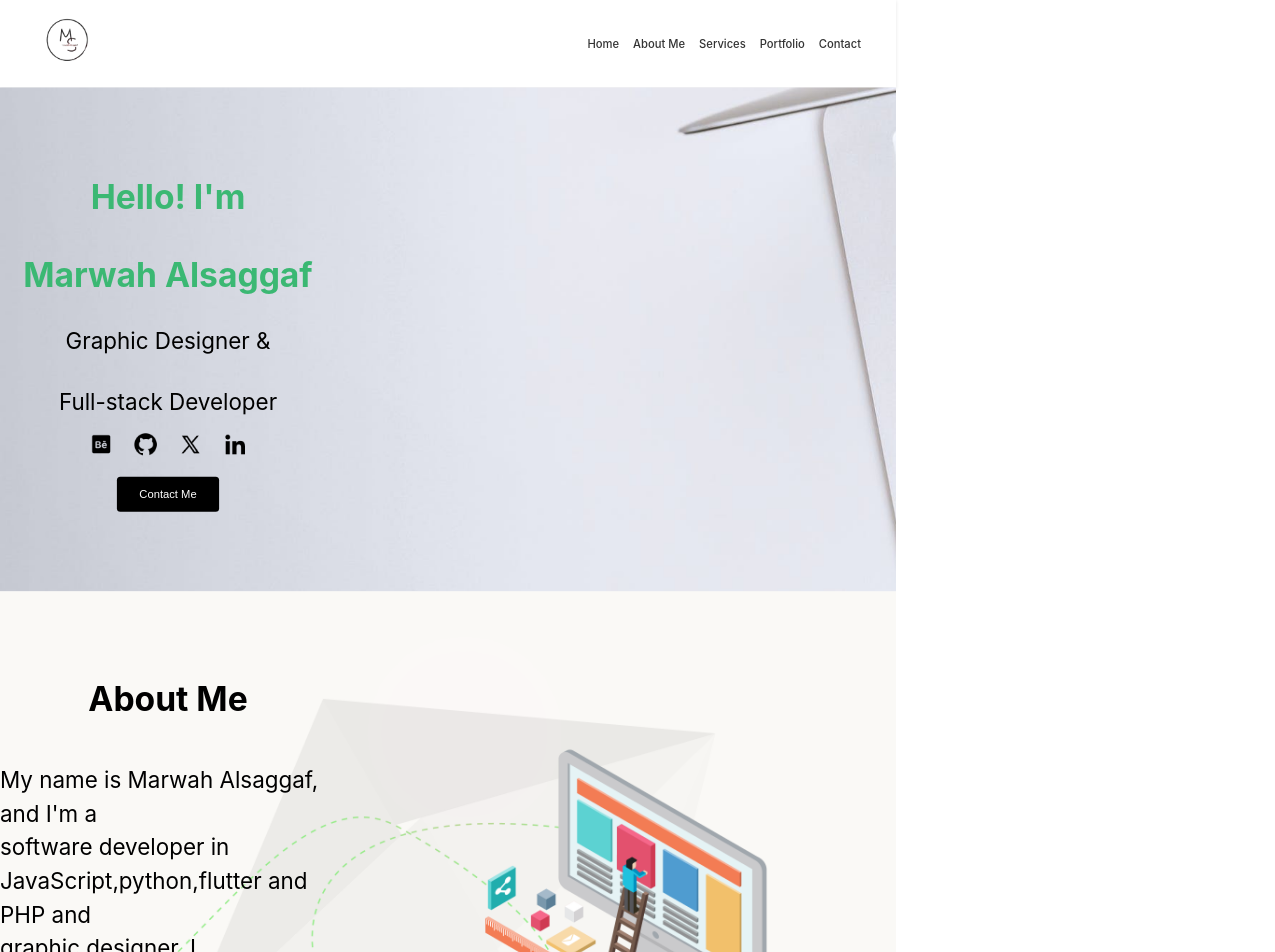
Repository: MEROO1010/Portfolio_00
Page: /services (app in portfolio_00/)
An editor plug-in stored every save of this project. The page is shown before and after the next save, followed by the edit.
The browser window is 1280 px wide. The page is 1822 px wide, so the pictures cover 1822 px, including what lies to the right of the window. The pictures show the part of the page from y = 0 to 1360 px (the page is 4425 px tall), at 70% of full size.
The project was rebuilt for these pictures with package versions that can differ from the ones it lists, and the page was loaded fresh each time.

Above is the page before, as saved 2024-11-25 11:09:29.

### portfolio_00/src/App.jsx
import React from 'react';
import Header from './components/Header';
import About from './components/About';
import Services from './components/Services';
import Portfolio from './components/Portfolio';
import Contact from './components/Contact';
import Footer from './components/Footer';
import Home from './components/Home';

function App() {
  return (
    <>
      <Header />
      <Home />
      <About />
      <Services />
      <Portfolio />
      <Contact />
      <Footer />
    </>
  );
}

export default App;

### portfolio_00/src/features/counter/counterSlice.js
import { createAsyncThunk, createSlice } from '@reduxjs/toolkit';
import { fetchCount } from './counterAPI';

const initialState = {
  value: 0,
  status: 'idle',
};

// The function below is called a thunk and allows us to perform async logic. It
// can be dispatched like a regular action: `dispatch(incrementAsync(10))`. This
// will call the thunk with the `dispatch` function as the first argument. Async
// code can then be executed and other actions can be dispatched. Thunks are
// typically used to make async requests.
export const incrementAsync = createAsyncThunk(
  'counter/fetchCount',
  async (amount) => {
    const response = await fetchCount(amount);
    // The value we return becomes the `fulfilled` action payload
    return response.data;
  }
);

export const counterSlice = createSlice({
  name: 'counter',
  initialState,
  // The `reducers` field lets us define reducers and generate associated actions
  reducers: {
    increment: (state) => {
      // Redux Toolkit allows us to write "mutating" logic in reducers. It
      // doesn't actually mutate the state because it uses the Immer library,
      // which detects changes to a "draft state" and produces a brand new
      // immutable state based off those changes
      state.value += 1;
    },
    decrement: (state) => {
      state.value -= 1;
    },
    // Use the PayloadAction type to declare the contents of `action.payload`
    incrementByAmount: (state, action) => {
      state.value += action.payload;
    },
  },
  // The `extraReducers` field lets the slice handle actions defined elsewhere,
  // including actions generated by createAsyncThunk or in other slices.
  extraReducers: (builder) => {
    builder
      .addCase(incrementAsync.pending, (state) => {
        state.status = 'loading';
      })
      .addCase(incrementAsync.fulfilled, (state, action) => {
        state.status = 'idle';
        state.value += action.payload;
      });
  },
});

export const { increment, decrement, incrementByAmount } = counterSlice.actions;

// The function below is called a selector and allows us to select a value from
// the state. Selectors can also be defined inline where they're used instead of
// in the slice file. For example: `useSelector((state: RootState) => state.counter.value)`
export const selectCount = (state) => state.counter.value;

// We can also write thunks by hand, which may contain both sync and async logic.
// Here's an example of conditionally dispatching actions based on current state.
export const incrementIfOdd = (amount) => (dispatch, getState) => {
  const currentValue = selectCount(getState());
  if (currentValue % 2 === 1) {
    dispatch(incrementByAmount(amount));
  }
};

export default counterSlice.reducer;

### portfolio_00/src/components/Header.jsx
import React from 'react';
import styled from 'styled-components';
import ImageLogo from '../assets/white_logo.png';

const HeaderContainer = styled.header`
  display: flex;
  justify-content: space-between;
  align-items: center;
  padding: 20px 50px;
  background: #fff;
  box-shadow: 0 2px 5px rgba(0, 0, 0, 0.1);
`;

const Logo = styled.div`
  font-size: 1.5rem;
  font-weight: bold;
  color: #00b894;
`;

const Nav = styled.nav`
  ul {
    list-style: none;
    display: flex;
    gap: 20px;
  }

  li {
    cursor: pointer;
    color: #333;
    font-weight: 500;
    &:hover {
      color: #00b894;
    }
  }
`;

export default function Header() {
  return (
    <HeaderContainer>
      <Logo><img src={ImageLogo} alt="Description of image" /></Logo>
      <Nav>
        <ul>
          <li>Home</li>
          <li>About Me</li>
          <li>Services</li>
          <li>Portfolio</li>
          <li>Contact</li>
        </ul>
      </Nav>
    </HeaderContainer>
  );
}

### portfolio_00/src/components/About.jsx
import React from 'react';
import styled from 'styled-components';
import bg2 from "../assets/About_me_bg.png"

const Container = styled.div`
  display: flex;
  flex-direction: column;
  align-items: center;
  justify-content: center;
  height: 120vh;
  background-color: #f5f5f5;
  background-image: url(${bg2});
  background-position: center;
  background-size:cover;
`;

const Title = styled.h1`
  font-size: 3rem;
  font-weight: bold;
  margin-bottom: 2rem;
  padding-right:800px;
`;

const Description = styled.p`
  font-size: 2rem;
  line-height: 1.5;
  margin-bottom: 3rem;
  padding-right:800px;
`;

const ImageContainer = styled.div`
  img{
    display: flex;
  justify-content: center;
  align-items: center;
  width: 50%;
  margin: 0 auto;

  z-index: 1;
  }
`;







const About = () => {
  return (
    <Container>
      <Title>About Me</Title>
      <Description>
           My name is Marwah Alsaggaf, and I'm a <br/>software developer in<br/> JavaScript,python,flutter and PHP
           and<br/> graphic designer. I  <br/>
            graduated from Arab Open<br/>  University with a major in<br/>
             Information Technology and<br/> Computing
               </Description>
      <ImageContainer>


      </ImageContainer>
    </Container>
  );
};

export default About;

### portfolio_00/src/components/Services.jsx
import React from "react";
import styled from "styled-components";
import UI_UX from "../assets/UI_UX.png";
import programming from "../assets/Programming.png";
import webdesign from "../assets/web_design.png";
import graphic_design from "../assets/graphic_design.png";
import bg3 from "../assets/services_bg.png";

const Container = styled.div`
  display: flex;
  justify-content: center;
  align-items: center;
  flex-direction: column;
  background-image: url(${bg3});
  background-position: center;
  background-size:cover;
  height: 110vh;
  margin-bottom:20px;

`;

const Title = styled.h1`
  font-size: 3rem;
  font-weight: bold;
  margin-bottom: 20px;
`;

const Subtitle = styled.p`
  font-size: 32px;
  margin-bottom: 40px;
  p{
    text-align: center;
  }
`;

const ServicesContainer = styled.div`
  display: flex;
  justify-content: space-between;
  width: 80%;
  max-width: 1000px;
  margin: 0 auto;
`;

const ServiceCard = styled.div`
  background-color: white;
  border-radius: 10px;
  padding: 80px;
  box-shadow: 0 2px 4px rgba(0, 0, 0, 0.1);
  text-align: center;
  width: 400px;
  height:230px;
  margin-right: 40px;
  right:200px;;
  position:relative;
  justify-content:space-around;
`;



const ServiceTitle = styled.h3`
  font-size: 1.5rem;
  font-weight: bold;
  margin-bottom: 10px;
`;

const Services = () => {
  return (
    <Container>
      <Title>Services</Title>
      <Subtitle>
        Our team members are experts in all facets of the design industry
        including: print<br/> <p>design, illustration, branding, identity and more.</p>
      </Subtitle>
      <ServicesContainer>
        <ServiceCard>
          <img src={UI_UX} alt="" />
          <ServiceTitle>UI/UX Design</ServiceTitle>
        </ServiceCard>
        <ServiceCard>
          <img src={programming} alt="" />
          <ServiceTitle>Programming</ServiceTitle>
        </ServiceCard>
        <ServiceCard>
          <img src={webdesign} alt="" />
          <ServiceTitle>Web Design</ServiceTitle>
        </ServiceCard>
        <ServiceCard>
          <img src={graphic_design} alt="" />
          <ServiceTitle>Graphic Design</ServiceTitle>
        </ServiceCard>
      </ServicesContainer>
    </Container>
  );
};

export default Services;

### portfolio_00/src/components/Portfolio.jsx
import React from 'react';
import styled from 'styled-components';
import Mug from "../assets/cup.png";
import App_design from "../assets/app_design.png";
import Tea from "../assets/tea.png";
import Card_design from "../assets/card_design.png";
import Burger_ads from "../assets/burger_Ads.png";

export const PortfolioContainer = styled.div`
  padding: 20px;
  text-align: center;
`;

export const Header = styled.h1`
  font-size: 2.5rem;
  color: #333;

  span {
    color: #28a745; /* Green color */
  }
`;

export const GridContainer = styled.div`
  width: 1900;
   height: 862;
   position: 'relative';
`;

export const PortfolioItem = styled.div`
  background-color: #f9f9f9;

  border-radius: 8px;
  box-shadow: 0 4px 6px rgba(0, 0, 0, 0.1);
  text-align: center;
`;

export const Image = styled.img`
  max-width: 100%;
  border-radius: 8px;
  transition: transform 0.2s;

  &:hover {
    transform: scale(1.05);
  }
`;


const Portfolio = () => {
  return (
    <PortfolioContainer>
      <Header>Our Regular Updated <span><br/>Portfolio.</span></Header>
      <GridContainer style={{width: 1802, height: 900, position: 'relative'}}>
        <PortfolioItem>
          <Image src={Mug} alt="Mug Design" height={200} style={{width: 708, height: 850, left: 40, top: 0, position: 'absolute'}}/>
        </PortfolioItem>
        <PortfolioItem>
          <Image src={App_design} style={{width: 482.12, height: 406.70, left: 1319.88, top: 4, position: 'absolute'}} alt="Mobile App Mockup" />
        </PortfolioItem>
        <PortfolioItem>
          <Image src={Tea} style={{width: 482.12, height: 406.70, left: 789.31, top: 4, position: 'absolute'}} alt="Tea Package" />
        </PortfolioItem>
        <PortfolioItem>
          <Image src={Card_design} style={{width: 482.12, height: 404.14, left: 1319.88, top: 440, position: 'absolute'}}alt="Kidzy Logo" />
        </PortfolioItem>
        <PortfolioItem>
          <Image src={Burger_ads}style={{width: 482.12, height: 404.14, left: 789.31, top: 440, position: 'absolute'}} alt="Burger Ad" />
        </PortfolioItem>
      </GridContainer>
    </PortfolioContainer>
  );
};

export default Portfolio;

### portfolio_00/src/components/Contact.js
// ContactForm.js
import React, { useState } from "react";
import styled from "styled-components";
import axios from "axios";
import Behance from "../assets/Behance.png";
import Github from "../assets/GitHub.png";
import X from "../assets/X.png";
import LinkedIn from "../assets/LinkedIn.png"

// Styled components
const Container = styled.div`
  display: flex;
  flex-direction: column;
  align-items: center;
  justify-content: center;
  height: 100vh;
  background-color: #f5f5f5;
`;

const Title = styled.h1`
  color: #48c774;
  margin-bottom: 20px;
`;

const Input = styled.input`
  width: 300px;
  padding: 10px;
  margin: 10px 0;
  border: 1px solid #ccc;
  border-radius: 5px;
  font-size: 16px;
`;

const TextArea = styled.textarea`
  width: 300px;
  height: 100px;
  padding: 10px;
  margin: 10px 0;
  border: 1px solid #ccc;
  border-radius: 5px;
  font-size: 16px;
  resize: none;
`;

const Button = styled.button`
  background-color: #48c774;
  color: white;
  border: none;
  padding: 10px 20px;
  border-radius: 5px;
  font-size: 16px;
  cursor: pointer;

  &:hover {
    background-color: #3faa63;
  }
`;

const Footer = styled.div`
  position: absolute;
  bottom: 20px;
  text-align: center;
`;

const FooterText = styled.p`
  font-size: 14px;
  color: #888;
`;

const SocialIcons = styled.div`
  margin-top: 10px;

  a {
    margin: 0 5px;
    color: #888;
    font-size: 20px;
    text-decoration: none;

    &:hover {
      color: #48c774;
    }
  }
`;

// Functional Component
const Contact = () => {
  const [email, setEmail] = useState("");
  const [message, setMessage] = useState("");
  const [status, setStatus] = useState(""); // Added state for status message

  const handleSubmit = async (e) => {
    e.preventDefault();
    setStatus(""); // Clear previous status message

    try {
      const response = await axios.post("http://localhost:5000/api/contact", {
        email,
        message,
      });
      setStatus(response.data.message); // Set success/error message from response
    } catch (error) {
      console.error("Error sending message:", error);
      setStatus("Failed to send message. Please try again later.");
    }
  };

  return (
    <Container>
      <Title>Contact.</Title>
      <form onSubmit={handleSubmit}>
        <Input
          type="email"
          placeholder="Your Email"
          value={email}
          onChange={(e) => setEmail(e.target.value)}
          required
        />
        <TextArea
          placeholder="Your Message"
          value={message}
          onChange={(e) => setMessage(e.target.value)}
          required
        />
        <Button type="submit">Send</Button>
      </form>
      <Footer>

      </Footer>
    </Container>
  );
};

export default Contact;

### portfolio_00/src/components/Footer.jsx
import React from 'react';
import styled from 'styled-components';

const FooterContainer = styled.footer`
  padding: 20px;
  background-color: #333;
  color: white;
  text-align: center;
`;

const Footer = () => {
  return (
    <FooterContainer>
      <p>&copy; 2023 My Portfolio. All rights reserved.</p>
    </FooterContainer>
  );
};

export default Footer;

### portfolio_00/src/components/Home.jsx
import React from 'react';
import styled from 'styled-components';
import Behance from "../assets/Behance.png";
import Github from "../assets/GitHub.png";
import X from "../assets/X.png";
import LinkedIn from "../assets/LinkedIn.png"
import BG from "../assets/BG_HomePage.png"
const Container = styled.div`
  display: flex;
  flex-direction: column;
  align-items: center;
  justify-content: center;
  height: 100vh;
  background-image: url(${BG});
`;
const Title = styled.h1`
  font-size: 3em;
  font-weight: bold;
  color: #3BB873;
  margin-bottom: 20px;
  margin-right:800px;
`;
const Subtitle = styled.h2`
  font-size: 2em;
  font-weight: normal;
  color: #000;
  margin-bottom: 20px;
  margin-right:800px;
`;
const SocialLinks = styled.div`
  display: flex;
  gap: 1em;
  margin-bottom: 20px;
  margin-right:800px;
`;
const SocialLink = styled.a`
  display: flex;
  align-items: center;
  justify-content: center;
  width: 3em;
  height: 3em;



  color: #000;
  text-decoration: none;
  &:hover {
    background-color: #ddd;
    border-radius: 50%;
    box-shadow: 0 2px 4px rgba(0, 0, 0, 0.1);
  }
`;
const Button = styled.button`
  background-color: #000;
  color: #fff;
  padding: 1em 2em;
  border: none;
  border-radius: 5px;
  font-size: 1em;
  cursor: pointer;
  margin-bottom: 20px;
  margin-right:800px;
`;
const Home = () => {
  return (
    <Container>
      <Title>Hello! I'm</Title>
      <Title>Marwah Alsaggaf</Title>
      <Subtitle>Graphic Designer &</Subtitle>
      <Subtitle>Full-stack Developer</Subtitle>
      <SocialLinks>
        <SocialLink href="https://www.behance.net/merooalsaggaf" target="_blank">
          <span><img src={Behance} alt=""/></span>
        </SocialLink>
        <SocialLink href="https://github.com/MEROO1010" target="_blank">
          <span><img src={Github} alt=""/></span>
        </SocialLink>
        <SocialLink href="https://x.com/meroo_alsaggaf" target="_blank">
          <span><img src={X} alt=""/></span>
        </SocialLink>
        <SocialLink href="https://www.linkedin.com/in/marwah-alsaggaf-ba44011b2/" target="_blank">
          <span><img src={LinkedIn} alt=""/></span>
        </SocialLink>
      </SocialLinks>
      <Button>Contact Me</Button>
    </Container>
  );
};
export default Home;

Loaded but not shown: portfolio_00/public/index.html (common file); portfolio_00/src/index.js (common file); portfolio_00/src/app/store.js (common file); portfolio_00/src/reportWebVitals.js (common file); portfolio_00/src/index.css (common file); portfolio_00/src/features/counter/counterAPI.js (common file)

After the next save:
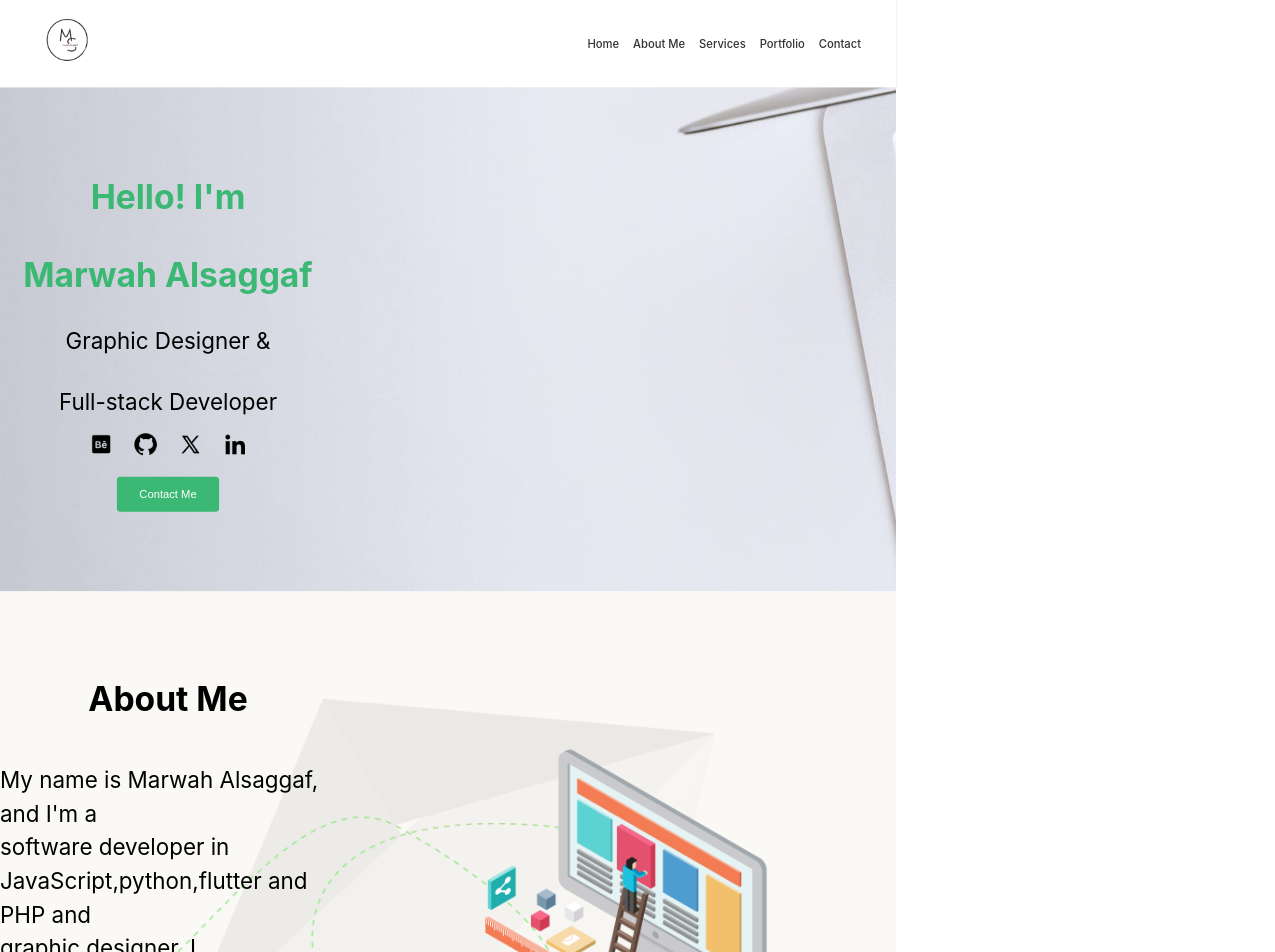
Saved 39 s later.
--- a/portfolio_00/src/components/Home.jsx
+++ b/portfolio_00/src/components/Home.jsx
@@ -51,7 +51,7 @@ const SocialLink = styled.a`
   }
 `;
 const Button = styled.button`
-  background-color: #000;
+  background-color: #3BB873;
   color: #fff;
   padding: 1em 2em;
   border: none;
